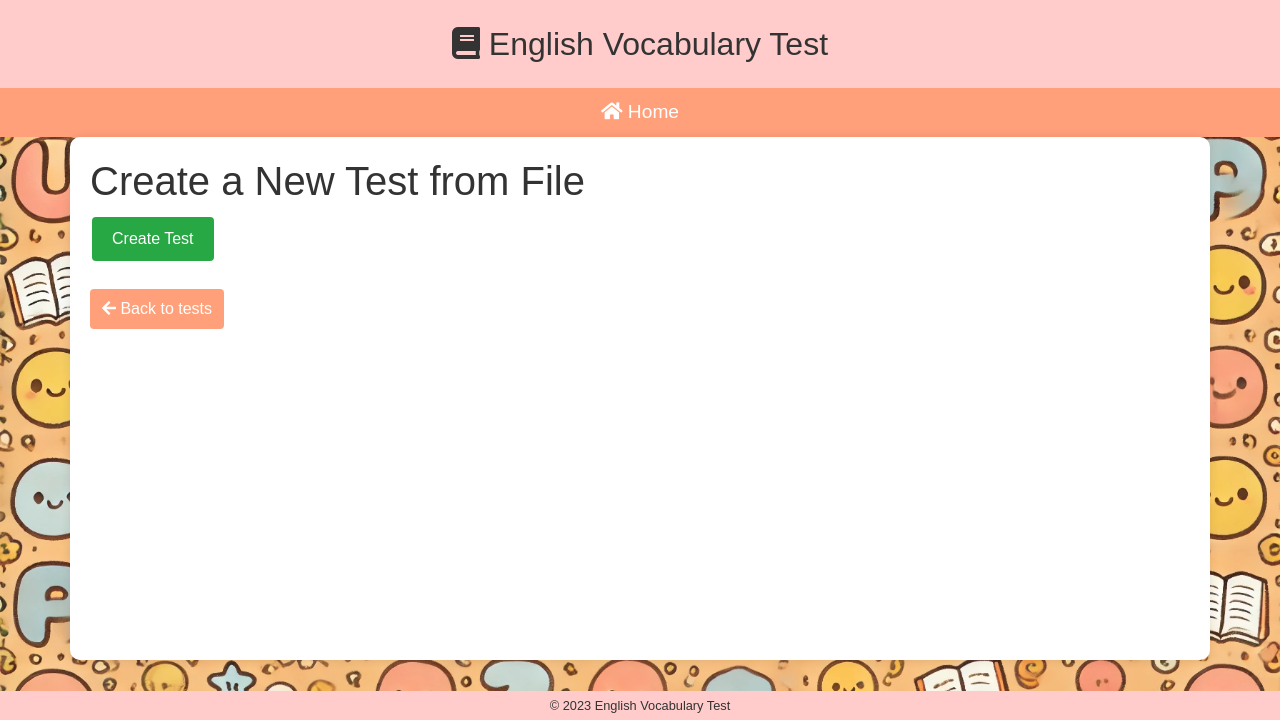
Repository: YamatoGH/testapp
Page: testapp/templates/testapp/create_test_from_file.html
These files come from the project's save history. The page is drawn as it stood at one moment and after the next save; the edit follows.
The browser window is 1280 px wide. The pictures show the whole page.
The template is drawn by Django 5.2. The application's start-up code is not run. Other server files are loaded and not shown. The template is opened directly, without the code that normally fills it, so the values that code supplies are empty.

Above is the page before, as saved 2024-08-01 15:39:55.

### testapp/templates/testapp/create_test_from_file.html
{% extends "testapp/base.html" %}

{% block title %}Create Test{% endblock %}

{% block content %}
<h1>Create a New Test from File</h1>
<form method="post" enctype="multipart/form-data">
    {% csrf_token %}
    {{ form.as_p }}
    <button type="submit" class="btn btn-create">Create Test</button>
</form>
<br/>
<a href="{% url 'home' %}" class="btn btn-custom"><i class="fas fa-arrow-left"></i> Back to tests</a>
{% endblock %}

### testapp/templates/testapp/base.html
<!DOCTYPE html>
<html>
<head>
    {% load static %}
    <title>{% block title %}English Vocabulary Test{% endblock %}</title>
    <link rel="stylesheet" href="https://stackpath.bootstrapcdn.com/bootstrap/4.3.1/css/bootstrap.min.css">
    <link rel="stylesheet" href="https://cdnjs.cloudflare.com/ajax/libs/font-awesome/5.15.3/css/all.min.css">
    <link rel="stylesheet" type="text/css" href="{% static 'testapp/css/style.css' %}">
</head>
<body>
    <header>
        <i class="fas fa-book"></i> English Vocabulary Test
    </header>
    <nav>
        <a href="{% url 'home' %}"><i class="fas fa-home"></i> Home</a>
    </nav>
    <div class="container">
        {% block content %}{% endblock %}
    </div>
    <footer>
        &copy; 2023 English Vocabulary Test
    </footer>
</body>
<script>
    document.addEventListener("DOMContentLoaded", function() {
        var coll = document.getElementsByClassName("collapsible");
        for (var i = 0; i < coll.length; i++) {
            coll[i].addEventListener("click", function() {
                this.classList.toggle("active");
                var content = this.nextElementSibling;
                if (content.style.display === "block") {
                    content.style.display = "none";
                } else {
                    content.style.display = "block";
                }
            });
        }
    });
</script>
</html>

### testapp/static/testapp/css/style.css
body {
    font-family: 'Comic Sans MS', cursive, sans-serif;
    background-color: #f0f8ff;
    color: #333;
    margin: 0;
    padding: 0;
    background-image: url('/static/testapp/images/background.jpg');
    background-size: cover;
    background-repeat: no-repeat;
    background-attachment: fixed;
    display: flex;
    flex-direction: column;
    min-height: 100vh;
}

header {
    background-color: #ffcccb;
    padding: 20px;
    text-align: center;
    font-size: 2em;
    color: #333;
}

nav {
    background-color: #ffa07a;
    padding: 10px;
    text-align: center;
}

nav a {
    margin: 0 15px;
    color: #fff;
    text-decoration: none;
    font-size: 1.2em;
}

nav a:hover {
    text-decoration: underline;
}

.container {
    flex: 1;
    padding: 20px;
    background-color: rgba(255, 255, 255, 1.0);
    border-radius: 10px;
    box-shadow: 0 0 10px rgba(0, 0, 0, 0.1);
    margin-bottom: 60px;
}

footer {
    background-color: #ffcccb;
    padding: 5px;
    text-align: center;
    font-size: 0.8em;
    position: fixed;
    width: 100%;
    bottom: 0;
}

form .btn-save {
    background-color: #28a745 !important;
    color: white !important;
    padding: 10px 20px !important;
    border: none !important;
    text-align: center !important;
    text-decoration: none !important;
    display: inline-block !important;
    font-size: 16px !important;
    margin: 4px 2px !important;
    transition-duration: 0.4s !important;
    cursor: pointer !important;
}

form .btn-save:hover {
    background-color: white !important;
    color: black !important;
    border: 2px solid #28a745 !important;
}

form .btn-print {
    background-color: #87CEEB !important;
    color: white !important;
    padding: 10px 20px !important;
    border: none !important;
    text-align: center !important;
    text-decoration: none !important;
    display: inline-block !important;
    font-size: 16px !important;
    margin: 4px 2px !important;
    transition-duration: 0.4s !important;
    cursor: pointer !important;
}

form .btn-print:hover {
    background-color: white !important;
    color: black !important;
    border: 2px solid #87CEEB !important;
}

.btn-custom {
    background-color: #ffa07a !important;
    color: white !important;
    padding: 8px 12px !important;
    border: none !important;
    text-align: center !important;
    text-decoration: none !important;
    display: inline-block !important;
    font-size: 16px !important;
    margin: 0 !important;
    transition-duration: 0.4s !important;
    cursor: pointer !important;
    border-radius: 0.25rem !important; /* Bootstrapのデフォルトと一致させる */
}

.btn-custom:hover {
    background-color: white !important;
    color: black !important;
    border: 2px solid #ffa07a !important;
}


.collapsible {
    cursor: pointer;
    padding: 10px;
    width: 100%;
    border: none;
    text-align: center;
    outline: none;
    font-size: 1em;
}

.active, .collapsible:hover {
    background-color: #ddd;
}

.collapsible-content {
    display: none;
    overflow: hidden;
    padding: 0 10px;
}

.fixed-buttons {
    position: fixed !important;
    bottom: 29px !important;
    right: 0px !important;
    display: flex !important;
    flex-direction: row !important;
    gap: 0 !important;
    align-items: center !important;
    z-index: 1000 !important;
    padding: 0 !important;
}

.fixed-buttons .btn-custom {
    background-color: #007bff !important;
    color: white !important;
    padding: 8px 12px !important;
    border-radius: 5px !important;
    text-decoration: none !important;
    box-shadow: 0 2px 5px rgba(0,0,0,0.2) !important;
    transition: background-color 0.3s ease !important;
}

.fixed-buttons .btn-custom:hover {
    background-color: #0056b3 !important;
}

.view-all-students-button,
.all-tests-button,
.create-test-button {
    margin: 0 !important;
}

.form-group {
    display: flex !important;
    align-items: center !important;
}

.form-group button,
.form-group .btn-custom {
    margin-left: 10px !important;
}

.note-field {
    width: 100%;
    max-width: 400px; /* 必要に応じて調整 */
    height: 50px;
}

.alert {
    position: fixed;
    bottom: 5px;
    left: 50%;
    transform: translateX(-50%);
    background-color: #28a745;
    color: white;
    padding: 10px 20px;
    border-radius: 5px;
    box-shadow: 0 2px 5px rgba(0, 0, 0, 0.2);
    z-index: 1000;
    transition: opacity 0.5s ease-out, display 0.5s ease-out;
}

.btn-create {
    background-color: #28a745; /* Green color */
    border: none;
    color: white;
    padding: 10px 20px;
    text-align: center;
    text-decoration: none;
    display: inline-block;
    font-size: 16px;
    margin: 4px 2px;
    transition-duration: 0.4s;
    cursor: pointer;
}

.btn-create:hover {
    background-color: #218838; /* Darker green */
    color: white;
    border: 2px solid #218838;
}

.btn-add-words {
    background-color: #007bff; /* Light blue color */
    border: none;
    color: white;
    padding: 10px 20px;
    text-align: center;
    text-decoration: none;
    display: inline-block;
    font-size: 16px;
    margin: 4px 2px;
    transition-duration: 0.4s;
    cursor: pointer;
}

.btn-add-words:hover {
    background-color: #0056b3; /* Darker blue */
    color: white;
    border: 2px solid #0056b3;
}

After the next save:
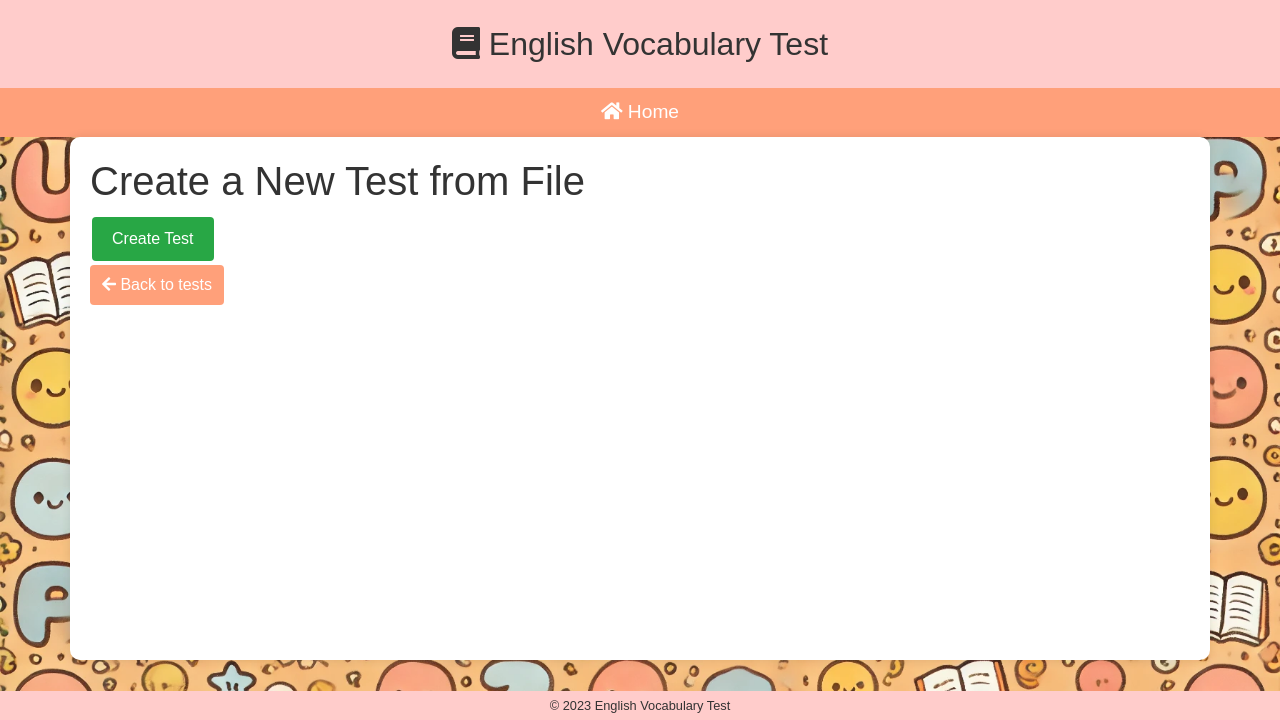
Saved 106 s later.
--- a/testapp/templates/testapp/create_test_from_file.html
+++ b/testapp/templates/testapp/create_test_from_file.html
@@ -1,6 +1,6 @@
 {% extends "testapp/base.html" %}
 
-{% block title %}Create Test{% endblock %}
+{% block title %}Create Test from File{% endblock %}
 
 {% block content %}
 <h1>Create a New Test from File</h1>
@@ -9,6 +9,5 @@
     {{ form.as_p }}
     <button type="submit" class="btn btn-create">Create Test</button>
 </form>
-<br/>
 <a href="{% url 'home' %}" class="btn btn-custom"><i class="fas fa-arrow-left"></i> Back to tests</a>
 {% endblock %}
